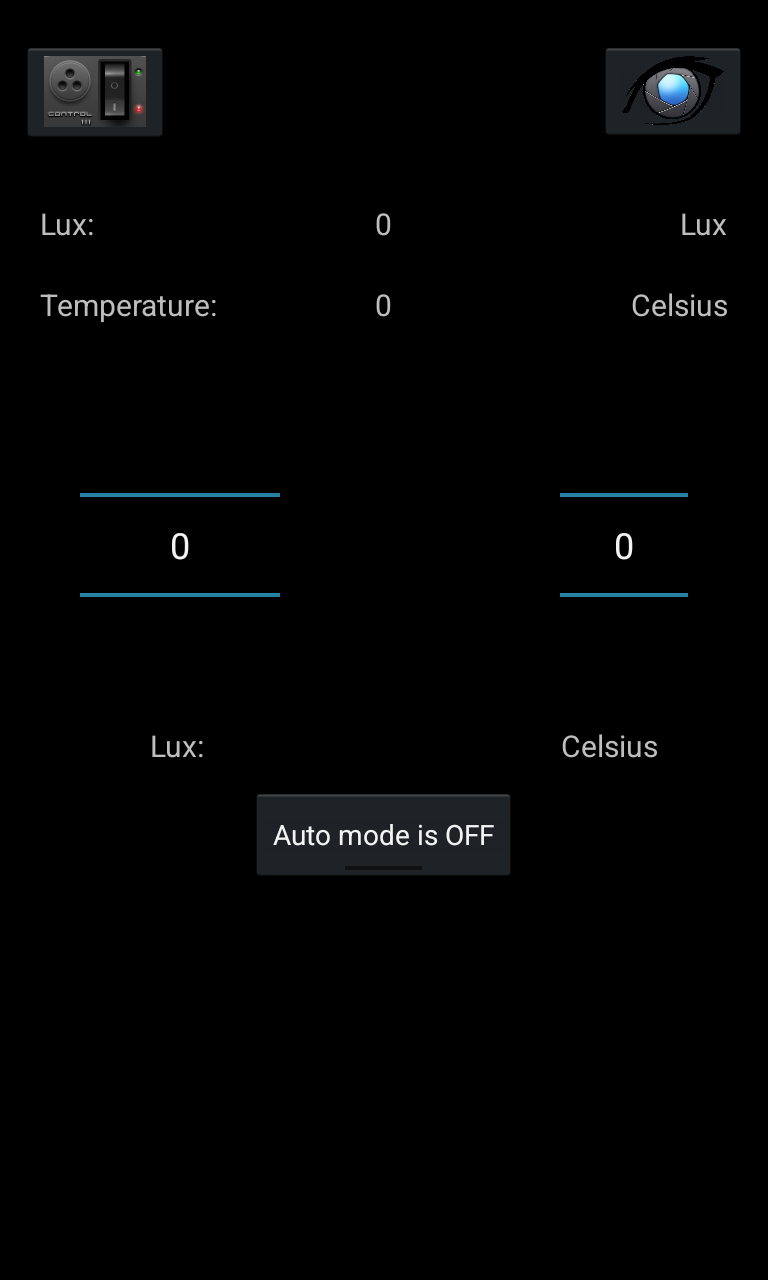
Repository: deanzaka/Shroom_IOIO_OpenCV
Layout: samples/IOIOSimpleApp/res/layout/main.xml
An editor plug-in stored every save of this project. The layout is shown before and after the next save, followed by the edit.
It is drawn on a 768 x 1280 px phone screen (xhdpi) without system bars, with theme android:Theme.Holo; the app's code is not run.

Above is the layout before, as saved 2014-06-04 13:38:35.

### samples/IOIOSimpleApp/res/layout/main.xml
<?xml version="1.0" encoding="utf-8"?>
<LinearLayout xmlns:android="http://schemas.android.com/apk/res/android"
    android:orientation="vertical"
    android:layout_width="fill_parent"
    android:layout_height="fill_parent"
    android:background="#00000000">

    <RelativeLayout
        android:layout_width="match_parent"
        android:layout_height="wrap_content"
        android:orientation="horizontal"
        android:paddingTop="10dp">

        <ImageButton
            android:src="@drawable/camera"
            android:id="@+id/CameraButton"
            android:layout_width="wrap_content"
            android:layout_height="wrap_content"
            android:layout_margin="10dp"
            android:layout_alignParentRight="true"
            android:maxWidth="75dp"
  			android:maxHeight="75dp"
  			android:scaleType="fitCenter"
            android:adjustViewBounds="true"
            android:onClick="ColorBlobSetup"
            />

        <ImageButton
		    android:id="@+id/panel"
		    android:src="@drawable/panel"
		    android:layout_width="wrap_content"
            android:layout_height="wrap_content"
            android:layout_margin="10dp"
            android:layout_alignParentLeft="true"
            android:maxWidth="75dp"
  			android:maxHeight="75dp"
  			android:scaleType="fitCenter"
            android:adjustViewBounds="true"
		    android:onClick="menuAct"
		    />

    </RelativeLayout>

	<RelativeLayout
		android:layout_width="match_parent"
		android:layout_height="wrap_content"
		android:orientation="horizontal"
		android:paddingTop="20dp">
		<TextView
			android:text="@string/lux_label"
			android:layout_width="wrap_content"
			android:layout_height="wrap_content"
			android:layout_alignParentLeft="true"
			android:paddingLeft="20dp"
			android:textSize="15sp"
			/>

		<TextView
		    android:id="@+id/LuxValue"
		    android:layout_width="wrap_content"
		    android:layout_height="wrap_content"
		    android:layout_centerHorizontal="true"
		    android:text="0"
		    android:textSize="15sp" />

		<TextView
			android:text="@string/inte_label"
			android:layout_width="wrap_content"
			android:layout_height="wrap_content"
			android:layout_alignParentRight="true"
			android:paddingRight="20dp"
			android:textSize="15sp"
			/>
	</RelativeLayout>

	<RelativeLayout
		android:layout_width="wrap_content"
		android:layout_height="wrap_content"
		android:orientation="horizontal"
		android:paddingTop="20dp">
		<TextView
			android:text="@string/temp_label"
			android:layout_width="wrap_content"
			android:layout_height="wrap_content"
			android:paddingLeft="20dp"
			android:layout_alignParentLeft="true"
			android:textSize="15sp"
			/>
		<TextView
			android:id="@+id/TempValue"
			android:text="0"
			android:layout_width="wrap_content"
			android:layout_height="wrap_content"
			android:layout_centerHorizontal="true"
			android:textSize="15sp"
			/>
		<TextView
			android:text="@string/cel_label"
			android:layout_width="wrap_content"
			android:layout_height="wrap_content"
			android:paddingRight="20dp"
			android:layout_alignParentRight="true"
			android:textSize="15sp"
			/>
	</RelativeLayout>

	<RelativeLayout
	    android:layout_width="fill_parent"
		android:layout_height="wrap_content"
		android:orientation="horizontal"
		android:gravity="center_horizontal"
		android:paddingTop="20dp">

		<NumberPicker
		    android:id="@+id/userLux"
		    android:layout_width="100dp"
		    android:layout_height="wrap_content"
		    android:layout_alignParentLeft="true"
		    android:layout_marginLeft="40dp"/>

		<NumberPicker
		    android:id="@+id/userTemp"
		    android:layout_width="wrap_content"
		    android:layout_height="wrap_content"
		    android:layout_alignParentRight="true"
		    android:layout_marginRight="40dp"/>

	</RelativeLayout>

	<RelativeLayout
	    android:layout_width="fill_parent"
		android:layout_height="wrap_content"
		android:orientation="horizontal"
		android:gravity="center_horizontal">

		<TextView
		    android:text="@string/lux_label"
		    android:layout_width="wrap_content"
		    android:layout_height="wrap_content"
		    android:layout_alignParentLeft="true"
		    android:layout_marginLeft="75dp"
		    android:textSize="15sp"/>

		<TextView
		    android:text="@string/cel_label"
		    android:layout_width="wrap_content"
		    android:layout_height="wrap_content"
		    android:layout_alignParentRight="true"
		    android:layout_marginRight="55dp"
		    android:textSize="15sp"/>

	</RelativeLayout>

	<ToggleButton
			android:id="@+id/ToggleAuto"
			android:layout_width="wrap_content"
			android:layout_height="wrap_content"
			android:layout_margin="10dp"
			android:textOff="Auto mode is OFF"
			android:textOn="Auto mode is ON"
			android:layout_gravity="center_horizontal"
			/>
</LinearLayout>

### samples/IOIOSimpleApp/res/values/strings.xml
<?xml version="1.0" encoding="utf-8"?>
<resources>

    <string name="app_name">Shroom</string>
    <string name="lux_label">Lux:</string>
    <string name="cel_label">Celsius</string>
    <string name="temp_label">Temperature:</string>
    <string name="inte_label">Lux</string>
    <string name="IR_label">IR</string>
    <string name="title_activity_menu">Shroom</string>
    <string name="seekbar_label">Move to unlock panel</string>
    <string name="action_settings">Settings</string>
    <string name="hello_world">Hello world!</string>
    <string name="setup_label">Choose button to setup color codes</string>
    <string name="setup_title">setup Color Codes</string>

</resources>

After the next save:
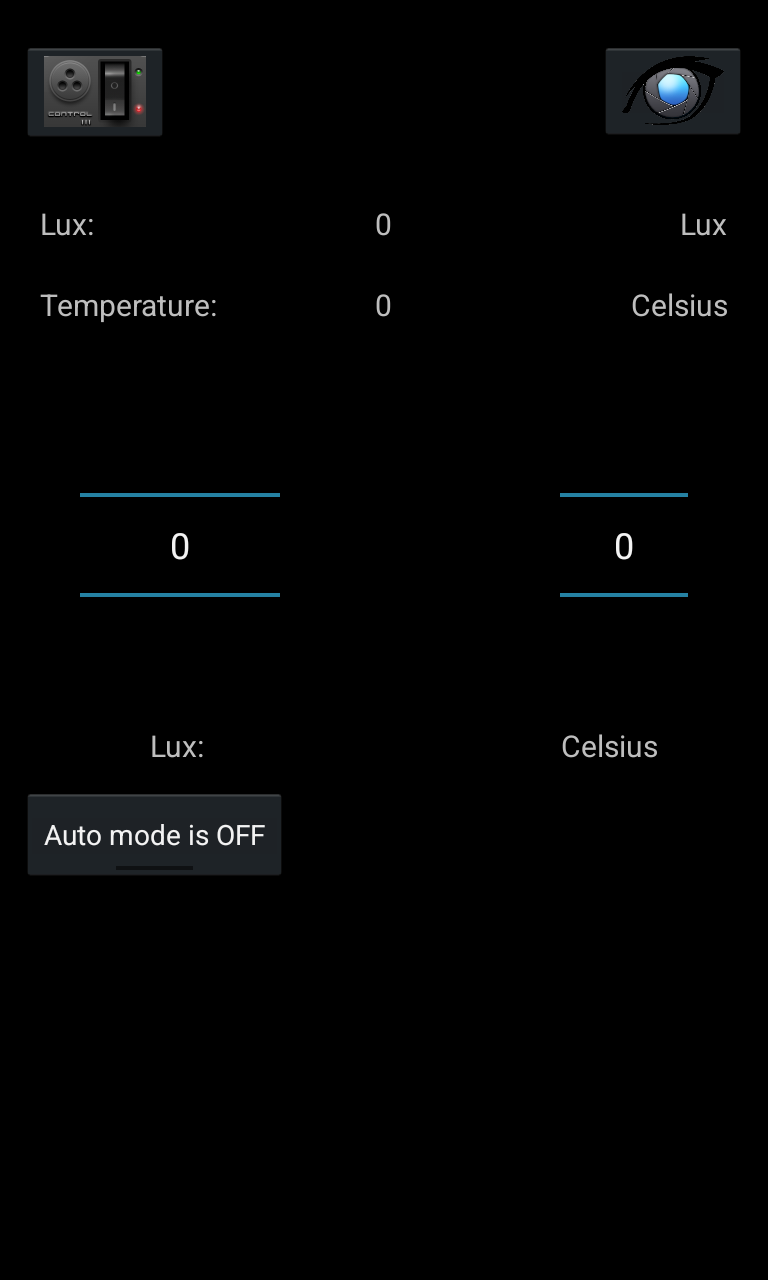
Saved 23 s later.
--- a/samples/IOIOSimpleApp/res/layout/main.xml
+++ b/samples/IOIOSimpleApp/res/layout/main.xml
@@ -158,6 +158,6 @@
 			android:layout_margin="10dp"
 			android:textOff="Auto mode is OFF"
 			android:textOn="Auto mode is ON"
-			android:layout_gravity="center_horizontal"
+			android:layout_gravity="left"
 			/>
 </LinearLayout>
